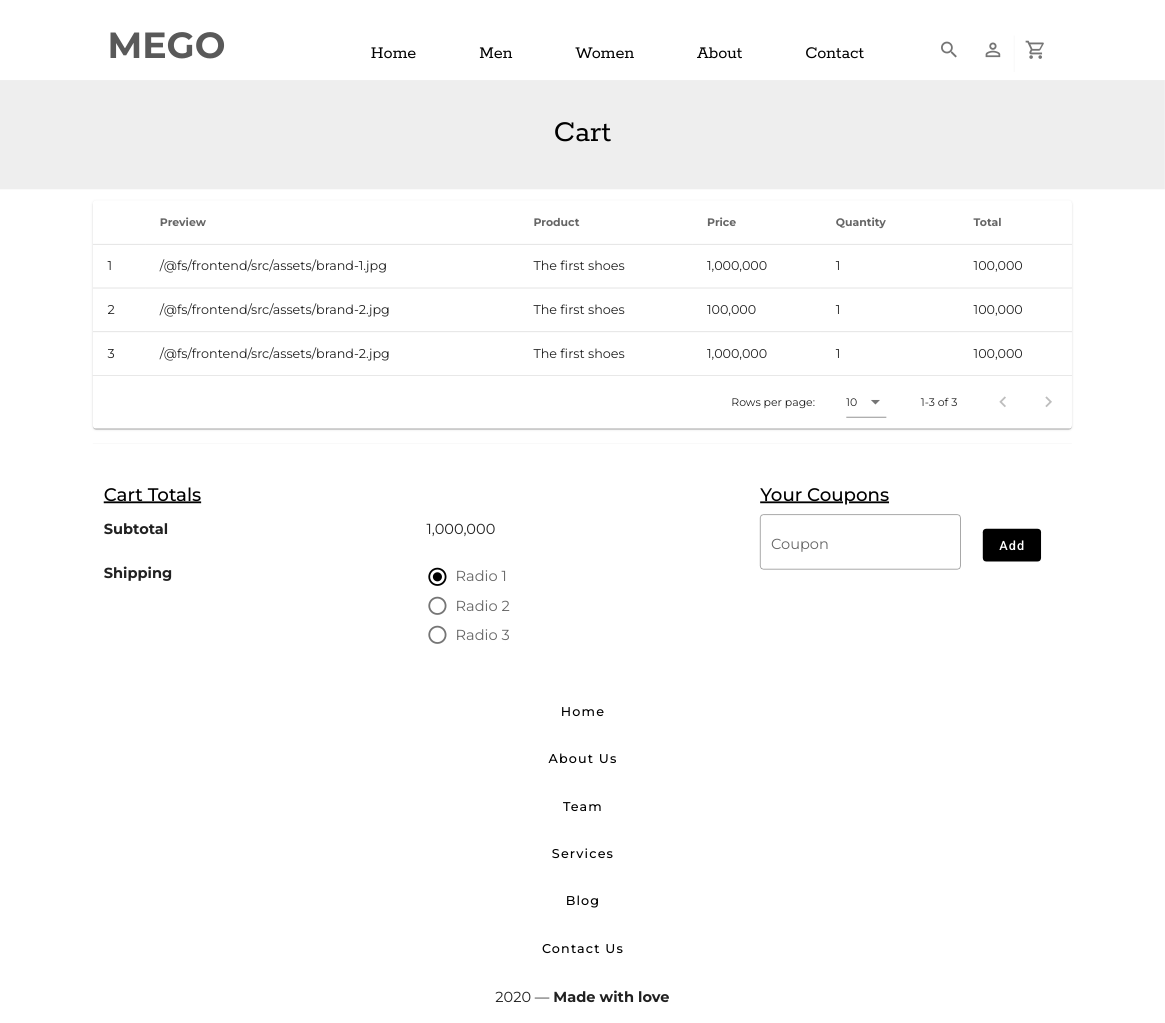
Repository: nguyenphuong152/shoesstore
Page: /cart (app in frontend/)
An editor plug-in stored every save of this project. The page is shown before and after the next save, followed by the edit.
The browser window is 1280 px wide. The pictures show the whole page, at 91% of full size.
The project was rebuilt for these pictures with package versions that can differ from the ones it lists, and the page was loaded fresh each time. Also part of the build but not shown: frontend/vue.config.js, frontend/src/components/Customer/Collection.vue, frontend/src/components/Customer/Banner.vue, frontend/src/components/Customer/BestSeller.vue, frontend/src/components/Customer/Partner.vue, frontend/src/views/Customer/Home.vue, frontend/src/components/Customer/ProductCategory.vue, frontend/src/components/Customer/ProductView.vue and 10 more. Imported but missing from the stored project, and not drawn on this page: frontend/src/views/Admin/Category.vue, frontend/src/views/Admin/ManageProduct.vue, frontend/src/views/Admin/ManageUser.vue, frontend/src/views/Admin/OrderList.vue.

Above is the page before, as saved 2020-11-28 20:33:55.

After the next save:
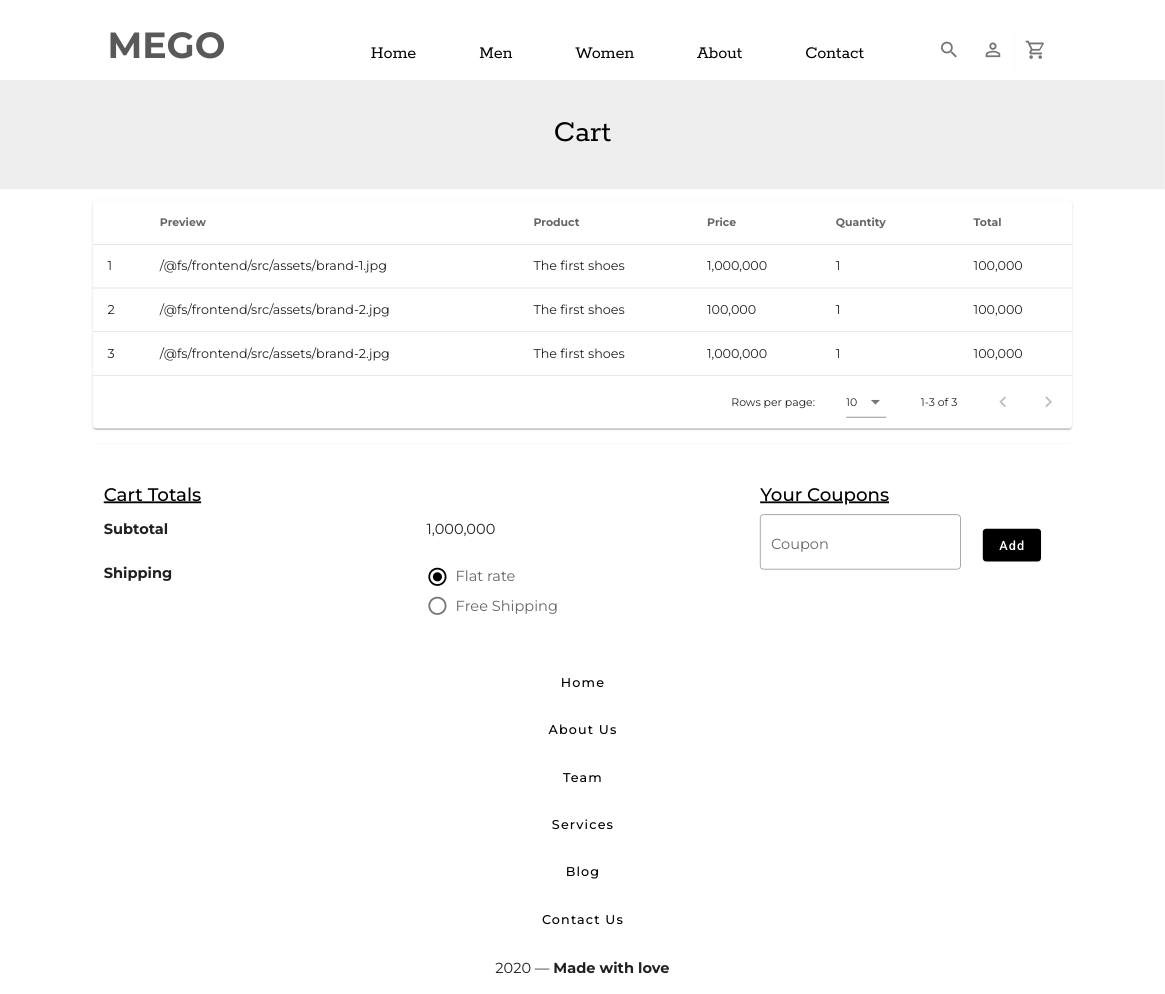
Saved 3 min 54 s later.
--- a/frontend/src/components/Customer/CartTotal.vue
+++ b/frontend/src/components/Customer/CartTotal.vue
@@ -20,10 +20,10 @@
       <v-col>
         <v-radio-group v-model="radioGroup" class=" ma-0">
           <v-radio
-            v-for="n in 3"
-            :key="n"
-            :label="`Radio ${n}`"
-            :value="n"
+            v-for="shipping in shippings"
+            :key="shipping"
+            :label=shipping.label
+            :value=shipping.value
           ></v-radio>
         </v-radio-group>
       </v-col>
@@ -36,6 +36,16 @@
   data() {
     return {
       radioGroup: 1,
+      shippings: [
+        {
+          label: "Flat rate",
+          value: 1,
+        },
+        {
+          label: "Free Shipping",
+          value:2
+        }
+      ]
     };
   },
 };
